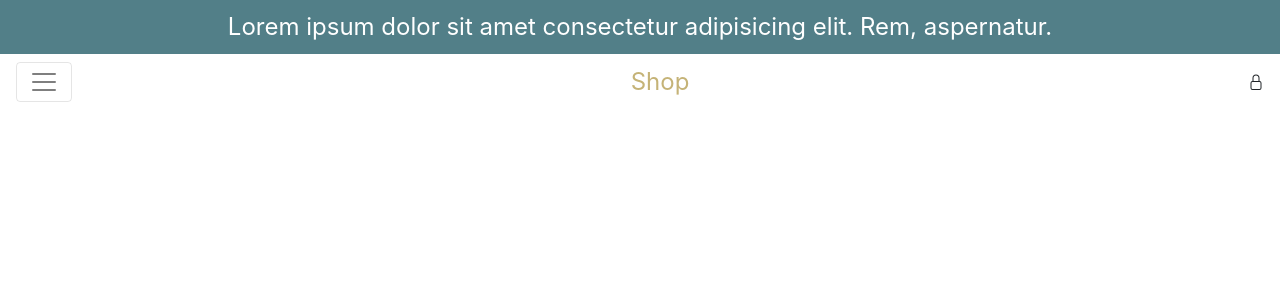
Repository: DaNiels89/frontendassignmentbogbootcamp
Page: index.html
These files come from the project's save history. The page is drawn as it stood at one moment and after the next save; the edit follows.
The browser window is 1280 px wide. The pictures show the whole page.

Above is the page before, as saved 2020-03-19 17:21:14.

### index.html
<!DOCTYPE html>
<html lang="en">
  <head>
    <meta charset="UTF-8" />
    <meta name="viewport" content="width=device-width, initial-scale=1.0" />
    <title>Front end Assignment - Carousel</title>
    <link
      rel="stylesheet"
      href="https://stackpath.bootstrapcdn.com/bootstrap/4.3.1/css/bootstrap.min.css"
      integrity="sha384-ggOyR0iXCbMQv3Xipma34MD+dH/1fQ784/j6cY/iJTQUOhcWr7x9JvoRxT2MZw1T"
      crossorigin="anonymous"
    />
    <link rel="stylesheet" href="css/styles.css" />
  </head>
  <body>
    <div class="promotion-bar">
      Lorem ipsum dolor sit amet consectetur adipisicing elit. Rem, aspernatur.
    </div>

    <div class="pos-f-t">
      <div class="collapse" id="navbarToggleExternalContent">
        <div class="bg-dark p-4">
          <h4 class="text-white">Collapsed content</h4>
          <span class="text-muted">Toggleable via the navbar brand.</span>
        </div>
      </div>
      <nav class="navbar navbar-light bg-white">
        <button
          class="navbar-toggler"
          type="button"
          data-toggle="collapse"
          data-target="#navbarToggleExternalContent"
          aria-controls="navbarToggleExternalContent"
          aria-expanded="false"
          aria-label="Toggle navigation"
        >
          <span class="navbar-toggler-icon"></span>
        </button>

        <div class="navbar-div">Shop</div>

        <svg
          class="bi bi-lock"
          width="1em"
          height="1em"
          viewBox="0 0 16 16"
          fill="currentColor"
          xmlns="http://www.w3.org/2000/svg"
        >
          <path
            fill-rule="evenodd"
            d="M11.5 8h-7a1 1 0 00-1 1v5a1 1 0 001 1h7a1 1 0 001-1V9a1 1 0 00-1-1zm-7-1a2 2 0 00-2 2v5a2 2 0 002 2h7a2 2 0 002-2V9a2 2 0 00-2-2h-7zm0-3a3.5 3.5 0 117 0v3h-1V4a2.5 2.5 0 00-5 0v3h-1V4z"
            clip-rule="evenodd"
          />
        </svg>
      </nav>
    </div>

    <div class="carousel">
      <div class="get-image"><img src="" alt="" /></div>
    </div>
  </body>
</html>

### css/styles.css
* {
  box-sizing: border-box;
  margin: 0;
  padding: 0;
}

.promotion-bar {
  background-color: rgb(82, 127, 136);
  color: white;
  font-size: 1.5rem;
  text-align: center;
  width: 100%;
  height: auto;
  padding: 9px;
}

.navbar-div {
  color: rgb(197, 179, 119);
  font-size: 1.5rem;
  text-align: center;
}

After the next save:
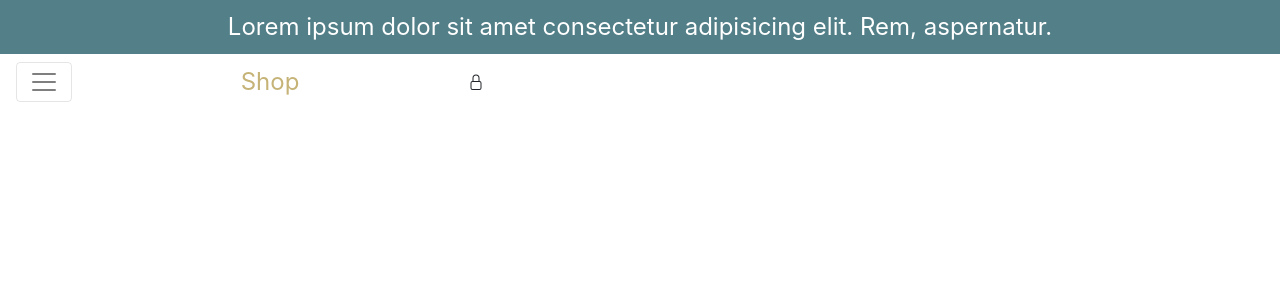
Saved 28 min 26 s later.
--- a/css/styles.css
+++ b/css/styles.css
@@ -14,6 +14,10 @@
   padding: 9px;
 }
 
+.navbar {
+  width: 500px;
+}
+
 .navbar-div {
   color: rgb(197, 179, 119);
   font-size: 1.5rem;

After the save that followed:
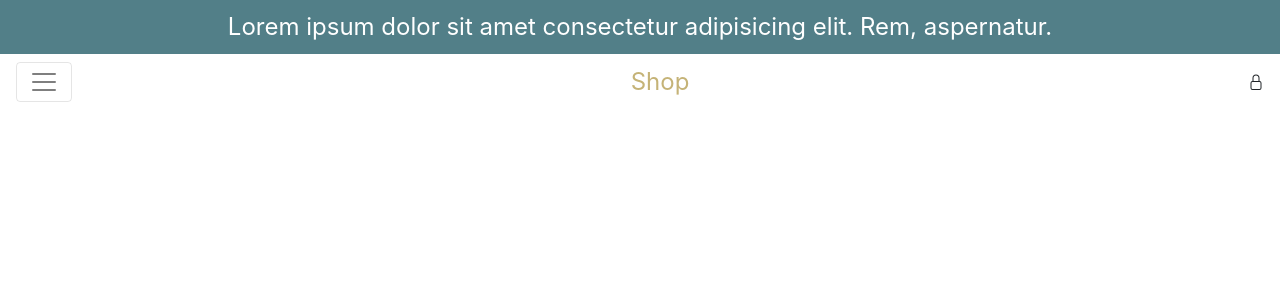
Saved 83 s later.
--- a/css/styles.css
+++ b/css/styles.css
@@ -15,7 +15,8 @@
 }
 
 .navbar {
-  width: 500px;
+  display: flex;
+  width: 100%;
 }
 
 .navbar-div {
